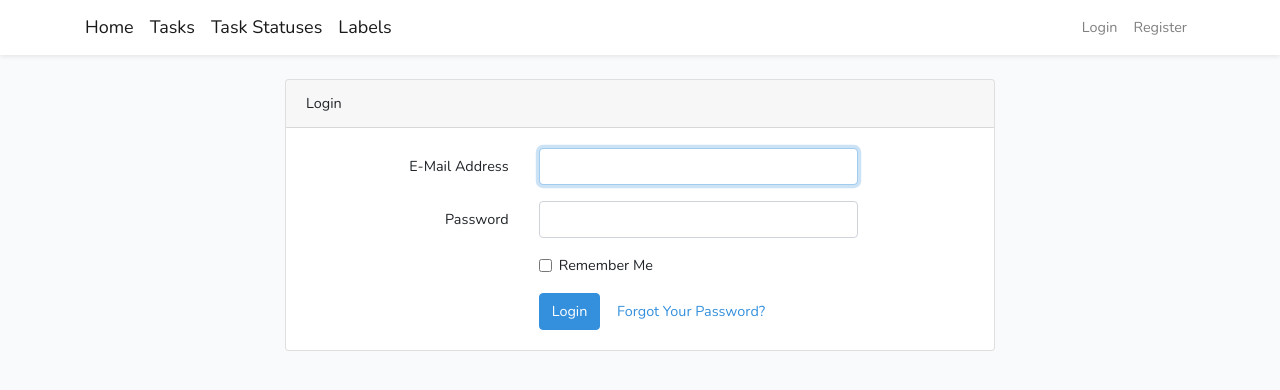
Repository: matveevsa/php-project-lvl4
Page: http://localhost/login
An editor plug-in stored every save of this project. The page is shown before and after the next save, followed by the edit.
The browser window is 1280 px wide. The pictures show the whole page.
The page is served by the project's Laravel application, run on PHP 8.4 with Laravel 8. Other server files are loaded and not shown.

Above is the page before, as saved 2020-08-23 22:22:58.

### routes/web.php
<?php

use Illuminate\Support\Facades\Route;
/*
|--------------------------------------------------------------------------
| Web Routes
|--------------------------------------------------------------------------
|
| Here is where you can register web routes for your application. These
| routes are loaded by the RouteServiceProvider within a group which
| contains the "web" middleware group. Now create something great!
|
*/

Route::get('/', function () {
    return view('welcome');
})->name('home');

Route::post('/contact', 'HomeController@store');

Route::resource('task_statuses', 'TaskStatusController');
Route::resource('tasks', 'TaskController');
Route::resource('labels', 'LabelController');

Auth::routes();

Route::get('/home', 'HomeController@index')->name('home');

### resources/views/layouts/app.blade.php
<!doctype html>
<html lang="{{ str_replace('_', '-', app()->getLocale()) }}">
<head>
    <meta charset="utf-8">
    <meta name="viewport" content="width=device-width, initial-scale=1">

    <!-- CSRF Token -->
    <meta name="csrf-token" content="{{ csrf_token() }}">
    <meta name="csrf-param" content="_token" />

    <title>{{ config('app.name', 'Laravel') }}</title>

    <!-- Scripts -->
    <script src="{{ asset('js/app.js') }}" defer></script>

    <!-- Fonts -->
    <link rel="dns-prefetch" href="//fonts.gstatic.com">
    <link href="https://fonts.googleapis.com/css?family=Nunito" rel="stylesheet">

    <!-- Styles -->
    <link href="{{ asset('css/app.css') }}" rel="stylesheet">
</head>
<body>
    <div id="app">
        <nav class="navbar navbar-expand-md navbar-light bg-white shadow-sm">
            <div class="container">
                <button class="navbar-toggler" type="button" data-toggle="collapse" data-target="#navbarSupportedContent" aria-controls="navbarSupportedContent" aria-expanded="false" aria-label="{{ __('Toggle navigation') }}">
                    <span class="navbar-toggler-icon"></span>
                </button>

                <div class="collapse navbar-collapse" id="navbarSupportedContent">
                    <!-- Left Side Of Navbar -->
                    <ul class="navbar-nav mr-auto">
                        <a class="navbar-brand" href="{{ route('home') }}">Home</a>
                        <a class="navbar-brand" href="{{ route('tasks.index') }}">Tasks</a>
                        <a class="navbar-brand" href="{{ route('task_statuses.index') }}">
                            Task Statuses
                        </a>
                        <a class="navbar-brand" href="{{ route('labels.index') }}">
                            Labels
                        </a>
                    </ul>

                    <!-- Right Side Of Navbar -->
                    <ul class="navbar-nav ml-auto">
                        <!-- Authentication Links -->
                        @guest
                            <li class="nav-item">
                                <a class="nav-link" href="{{ route('login') }}">{{ __('Login') }}</a>
                            </li>
                            @if (Route::has('register'))
                                <li class="nav-item">
                                    <a class="nav-link" href="{{ route('register') }}">{{ __('Register') }}</a>
                                </li>
                            @endif
                        @else
                            <li class="nav-item dropdown">
                                <a id="navbarDropdown" class="nav-link dropdown-toggle" href="#" role="button" data-toggle="dropdown" aria-haspopup="true" aria-expanded="false" v-pre>
                                    {{ Auth::user()->name }} <span class="caret"></span>
                                </a>

                                <div class="dropdown-menu dropdown-menu-right" aria-labelledby="navbarDropdown">
                                    <a class="dropdown-item" href="{{ route('logout') }}"
                                       onclick="event.preventDefault();
                                                     document.getElementById('logout-form').submit();">
                                        {{ __('Logout') }}
                                    </a>

                                    <form id="logout-form" action="{{ route('logout') }}" method="POST" style="display: none;">
                                        @csrf
                                    </form>
                                </div>
                            </li>
                        @endguest
                    </ul>
                </div>
            </div>
        </nav>

        <main class="container py-4">
            @yield('content')
        </main>
    </div>
</body>
</html>

Loaded but not shown: app/Http/Controllers/Auth/LoginController.php (common file); app/Http/Controllers/Controller.php (common file); app/Http/Controllers/Auth/ConfirmPasswordController.php (common file); resources/views/auth/login.blade.php (common file); public/css/app.css (library)

After the next save:
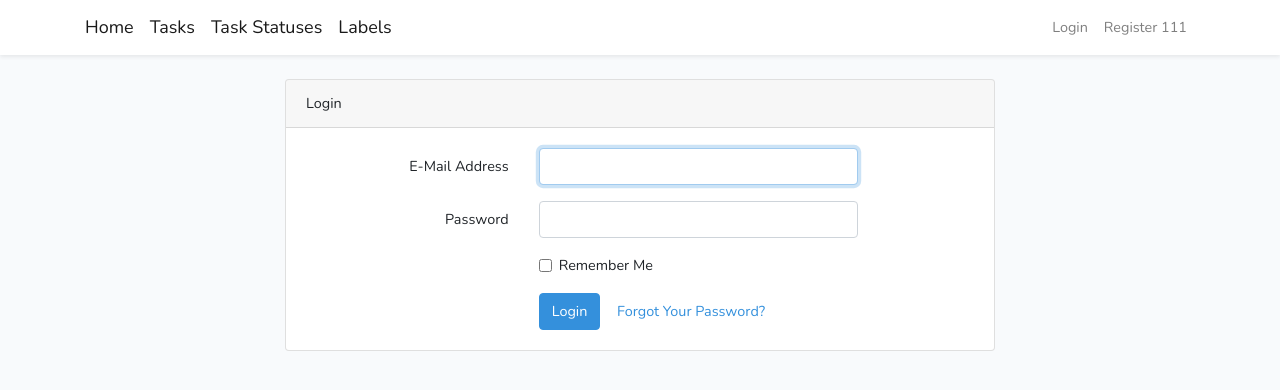
Saved 3 min 0 s later.
--- a/resources/views/layouts/app.blade.php
+++ b/resources/views/layouts/app.blade.php
@@ -50,7 +50,7 @@
                             </li>
                             @if (Route::has('register'))
                                 <li class="nav-item">
-                                    <a class="nav-link" href="{{ route('register') }}">{{ __('Register') }}</a>
+                                    <a class="nav-link" href="{{ route('register') }}">{{ __('Register 111') }}</a>
                                 </li>
                             @endif
                         @else

After the save that followed:
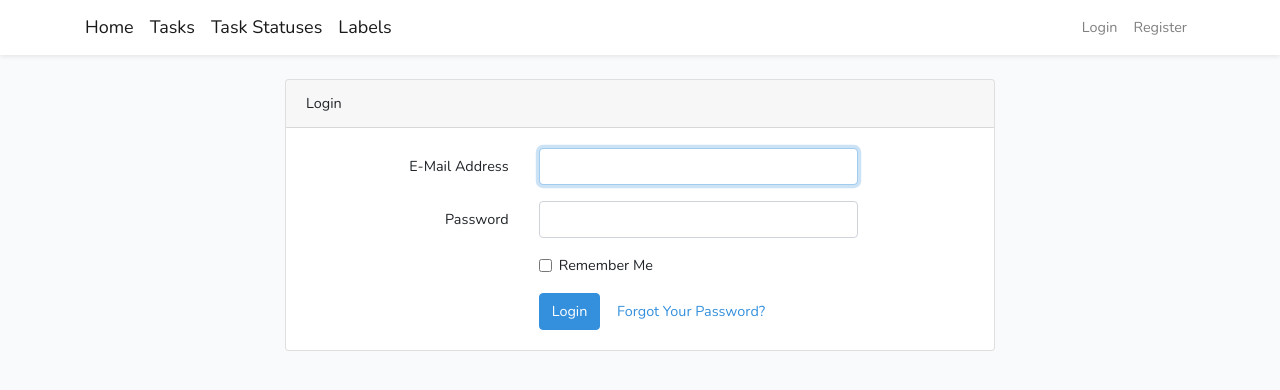
Saved 10 s later.
--- a/resources/views/layouts/app.blade.php
+++ b/resources/views/layouts/app.blade.php
@@ -50,7 +50,7 @@
                             </li>
                             @if (Route::has('register'))
                                 <li class="nav-item">
-                                    <a class="nav-link" href="{{ route('register') }}">{{ __('Register 111') }}</a>
+                                    <a class="nav-link" href="{{ route('register') }}">{{ __('Register') }}</a>
                                 </li>
                             @endif
                         @else
